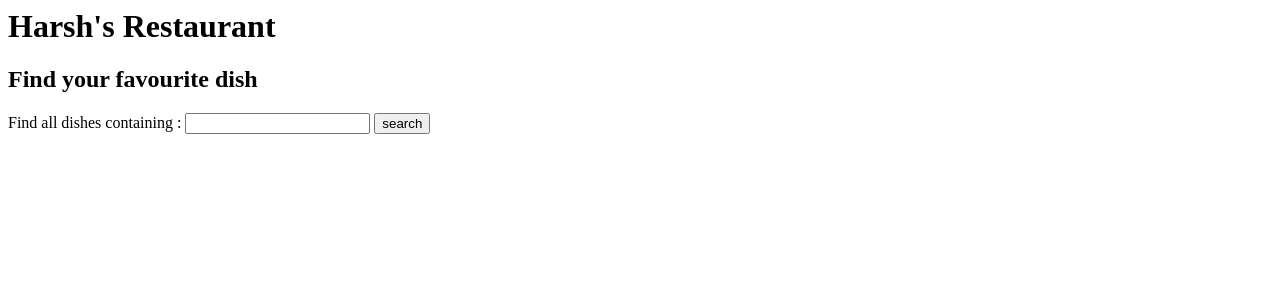
Repository: Harsh-rm/Java
Page: Projects/Restaurant/src/main/webapp/search.html
The author's editor kept a copy of each file at every save. The page is drawn from the files as they stood at one save, then again after the next save.
The browser window is 1280 px wide. The pictures show the whole page.

Above is the page before, as saved 2023-09-02 20:32:29.

After the next save:
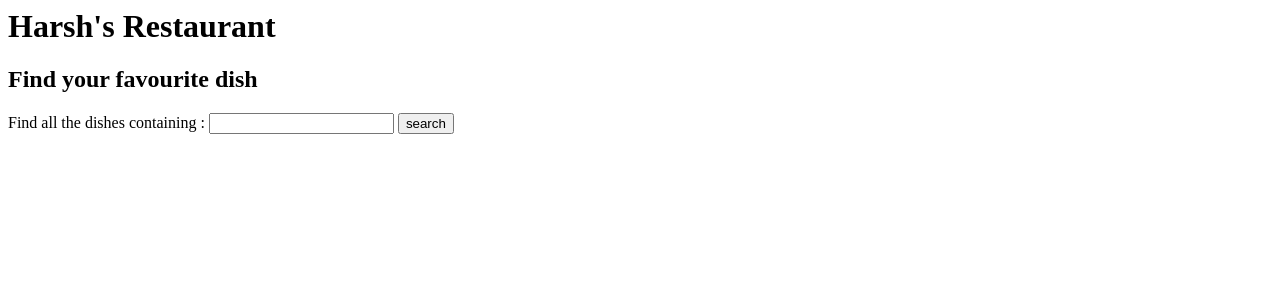
Saved 16 s later.
--- a/Projects/Restaurant/src/main/webapp/search.html
+++ b/Projects/Restaurant/src/main/webapp/search.html
@@ -6,7 +6,7 @@
 		<h1>Harsh's Restaurant</h1>
 		<h2>Find your favourite dish</h2>
 		<form action="/searchResults.html" method="GET">
-			Find all dishes containing : <input type="text" name="searchTerm" id="searchTerm" /> <input type="submit" value="search" />
+			Find all the dishes containing : <input type="text" name="searchTerm" id="searchTerm" /> <input type="submit" value="search" />
 		</form>
 	</body>
 </html>
